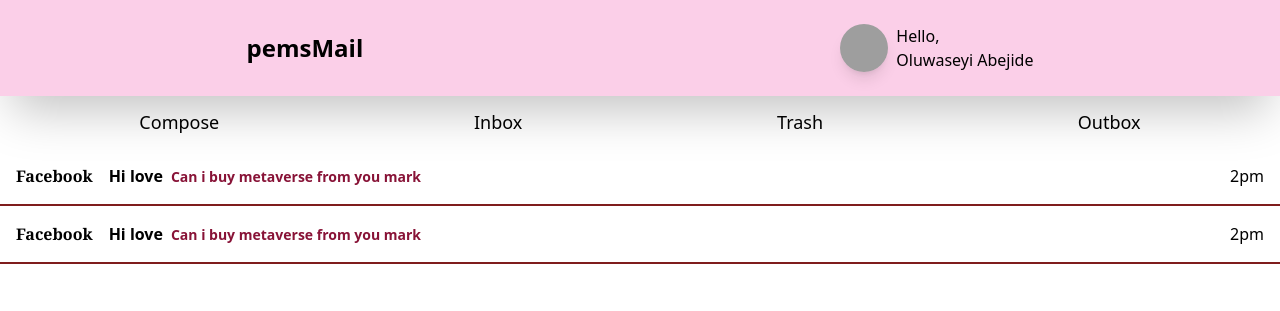
Repository: Semanmernstack/mailclone
Page: /
These files come from the project's save history. The page is drawn as it stood at one moment and after the next save; the edit follows.
The browser window is 1280 px wide. The pictures show the whole page.
Pictures or frames that could not be fetched are drawn as grey boxes. The project was rebuilt for these pictures with package versions that can differ from the ones it lists, and the page was loaded fresh each time. Also part of the build but not shown: src/features/counter/Counter.module.css, src/features/counter/Counter.js.

Above is the page before, as saved 2023-01-16 02:56:11.

After the next save:
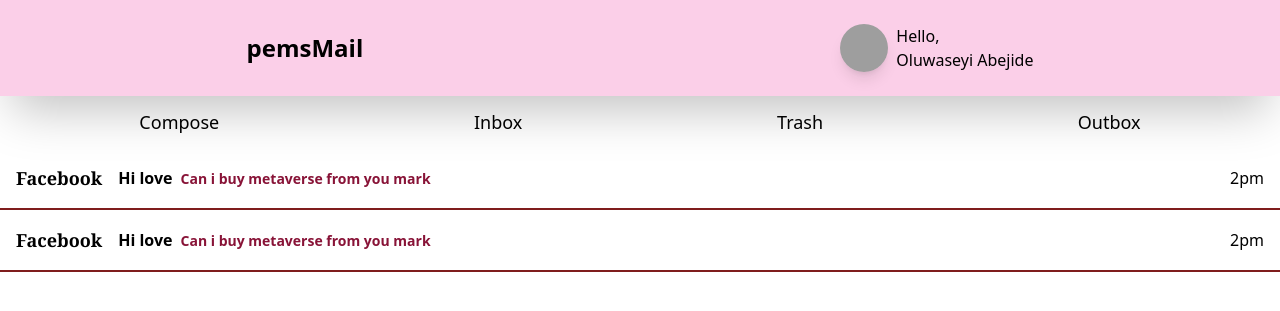
Saved 18 s later.
--- a/src/OpenRow.js
+++ b/src/OpenRow.js
@@ -3,7 +3,7 @@ import React from 'react'
 function OpenRow({ title, subject, description, time }) {
   return (
     <div className="flex items-center gap-4 border-b-2 border-b-red-900 p-4">
-      <div className="font-bold font-serif">
+      <div className="font-bold font-serif text-lg">
             <h3>{title}</h3>
         </div>
         <div className="flex-1">
